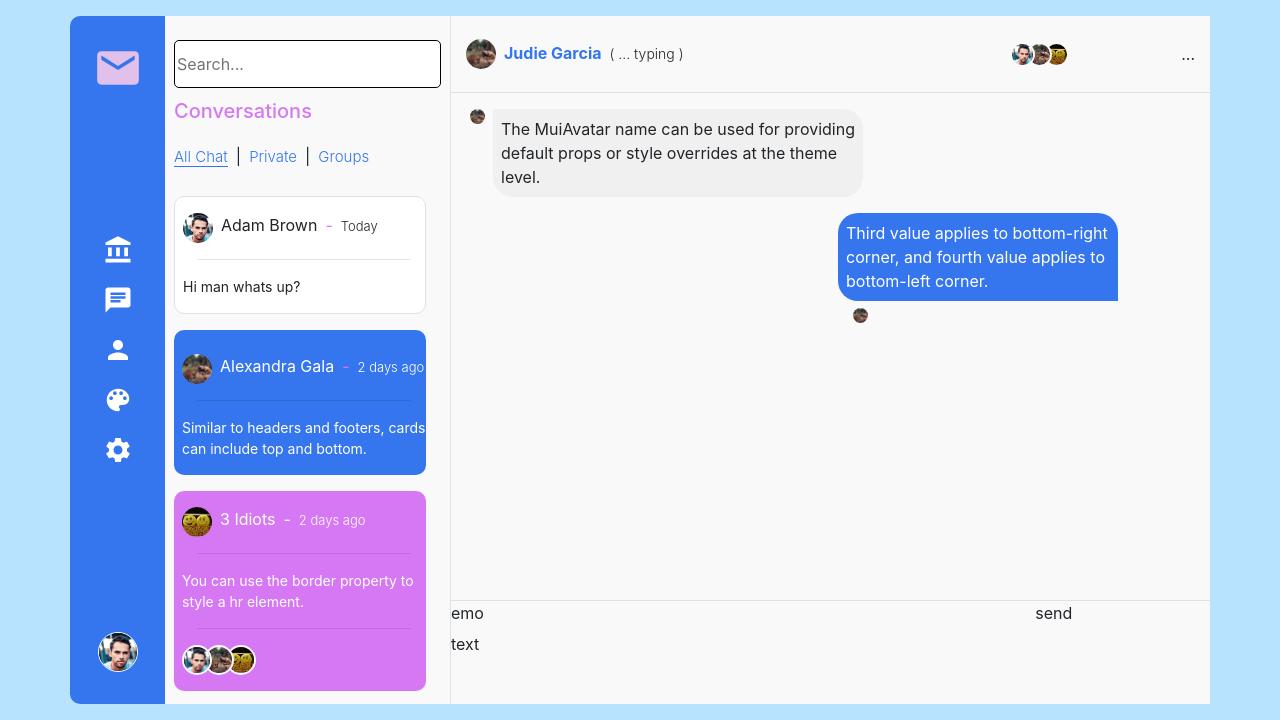
Repository: arafat877/super-chat
Page: /
These files come from the project's save history. The page is drawn as it stood at one moment and after a run of saves; the edit follows.
The browser window is 1280 px wide. The pictures show the whole page.
The project was rebuilt for these pictures with package versions that can differ from the ones it lists, and the page was loaded fresh each time.

Above is the page before, as saved 2020-08-07 02:18:20.

After the next 2 saves:
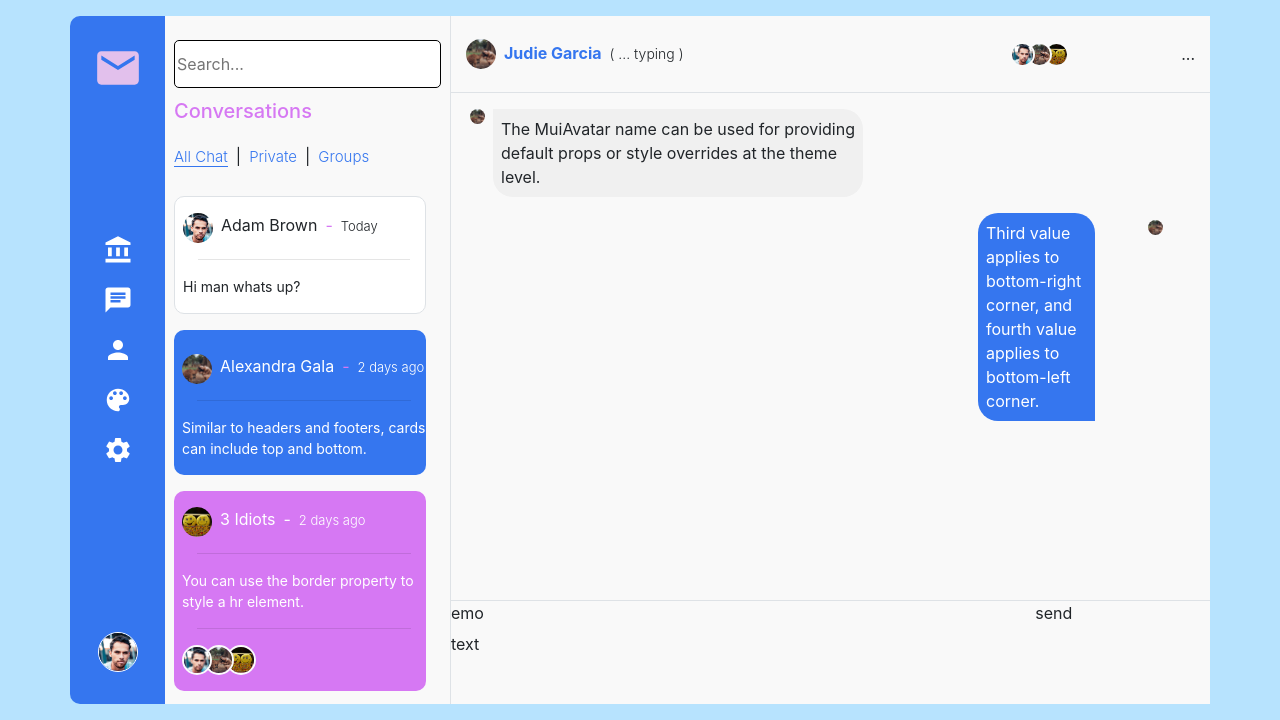
The 2 saves are shown as one change because 1 did not build or start.
The last was saved 62 s later.
--- a/src/App.js
+++ b/src/App.js
@@ -207,17 +207,17 @@
 
                 <div className="row messageRowOwner mr-0 mt-3">
                   <div className="col-5 offset-6">
-                    <div className="text p-2">
+                    <div className="col-5 offset-6 text p-2">
                       Third value applies to bottom-right corner, and fourth
                       value applies to bottom-left corner.
                     </div>
-                    <div className="col-1 align-self-end">
-                      <img
-                        className="messageUserProfilePicture "
-                        src={require("./assets/f1.jpeg")}
-                        alt="User Profile"
-                      />
-                    </div>
+                  </div>
+                  <div className="col-1 float-right">
+                    <img
+                      className="messageUserProfilePicture "
+                      src={require("./assets/f1.jpeg")}
+                      alt="User Profile"
+                    />
                   </div>
                 </div>
               </div>

After the save that followed:
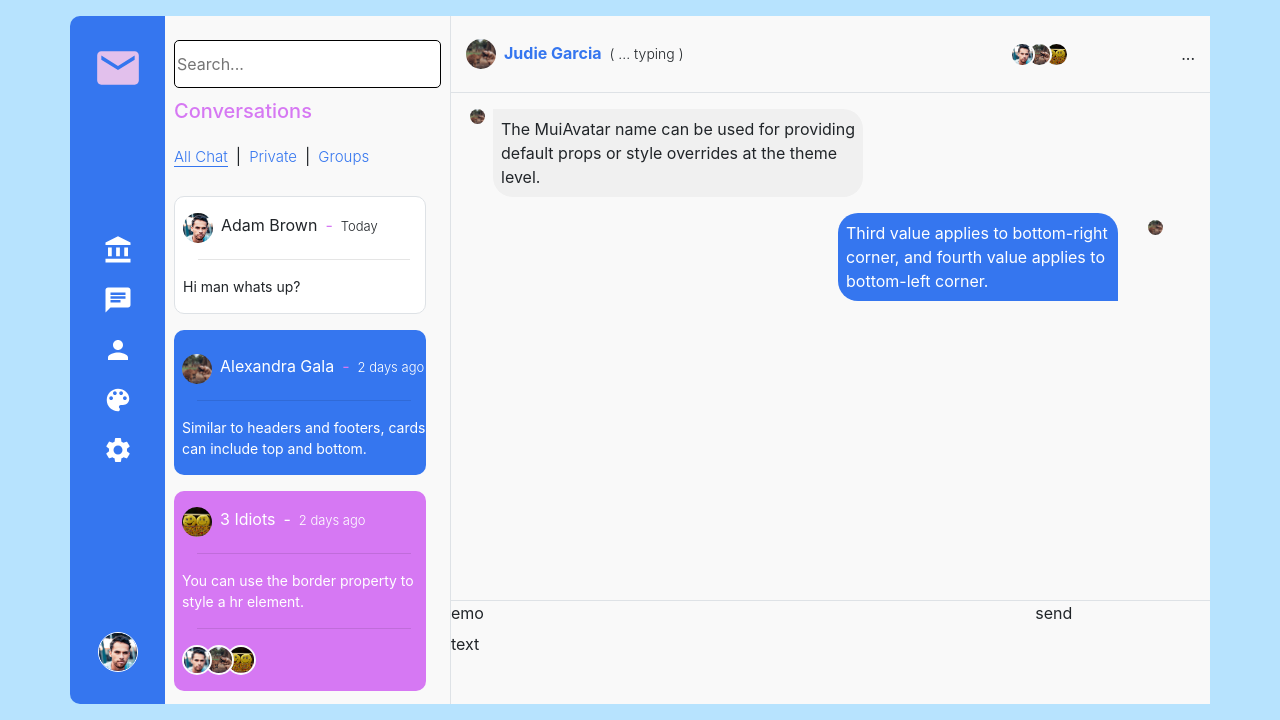
Saved 31 s later.
--- a/src/App.js
+++ b/src/App.js
@@ -207,7 +207,7 @@
 
                 <div className="row messageRowOwner mr-0 mt-3">
                   <div className="col-5 offset-6">
-                    <div className="col-5 offset-6 text p-2">
+                    <div className="text p-2">
                       Third value applies to bottom-right corner, and fourth
                       value applies to bottom-left corner.
                     </div>
